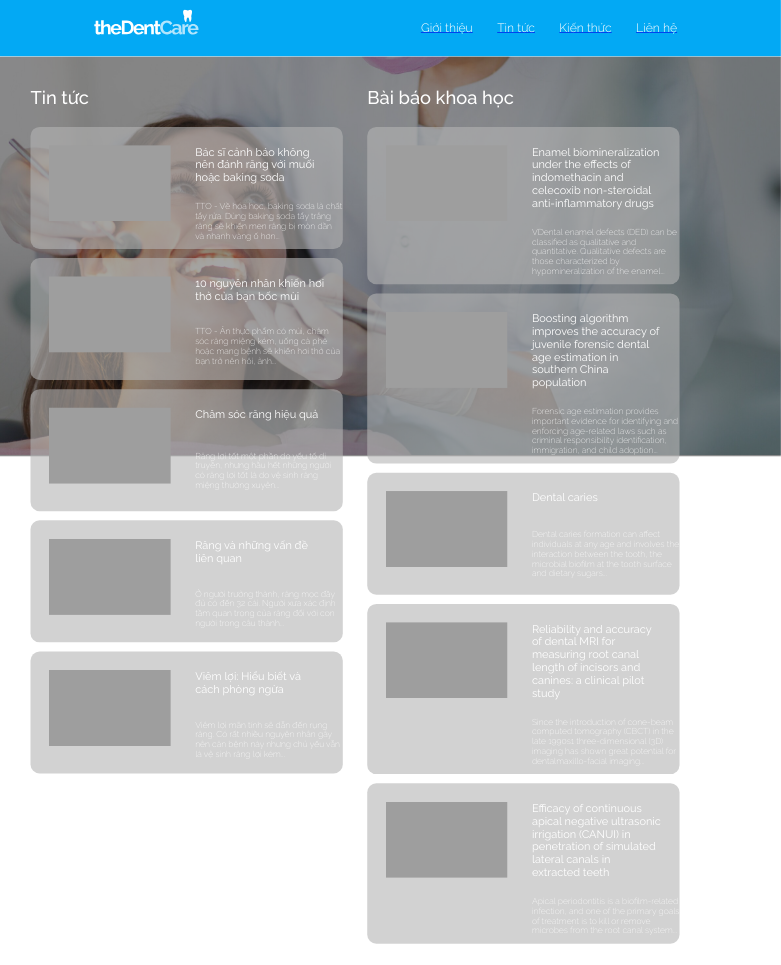
Repository: vantoan19/theDentCare
Page: /news (app in theDentalCare/the-dental-care/)
These files come from the project's save history. The page is drawn as it stood at one moment and after the next save; the edit follows.
The browser window is 1280 px wide. The pictures show the whole page, at 61% of full size.
Pictures or frames that could not be fetched are drawn as grey boxes. The project was rebuilt for these pictures with package versions that can differ from the ones it lists, and the page was loaded fresh each time. The framework's server and built-in components were replaced by stand-ins that run in the browser.

Above is the page before, as saved 2022-09-24 17:58:45.

After the next save:
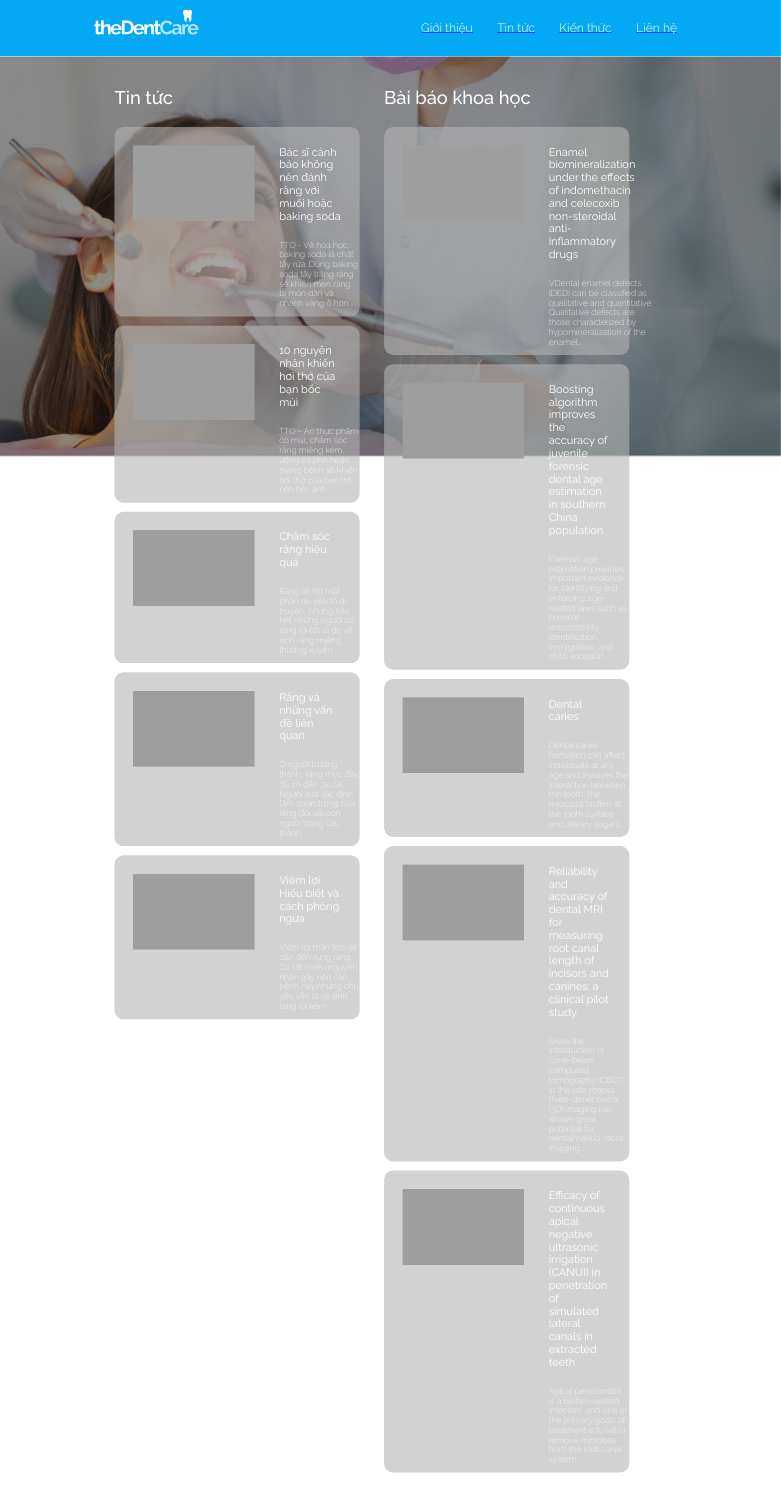
Saved 46 s later.
--- a/theDentalCare/the-dental-care/pages/news/index.js
+++ b/theDentalCare/the-dental-care/pages/news/index.js
@@ -54,7 +54,8 @@
   position: absolute;
   display: flex;
   top: 0;
-  left: 0;
+  left: 50%;
+  transform: translateX(-50%);
   z-index: 2;
 `;
 

After the save that followed:
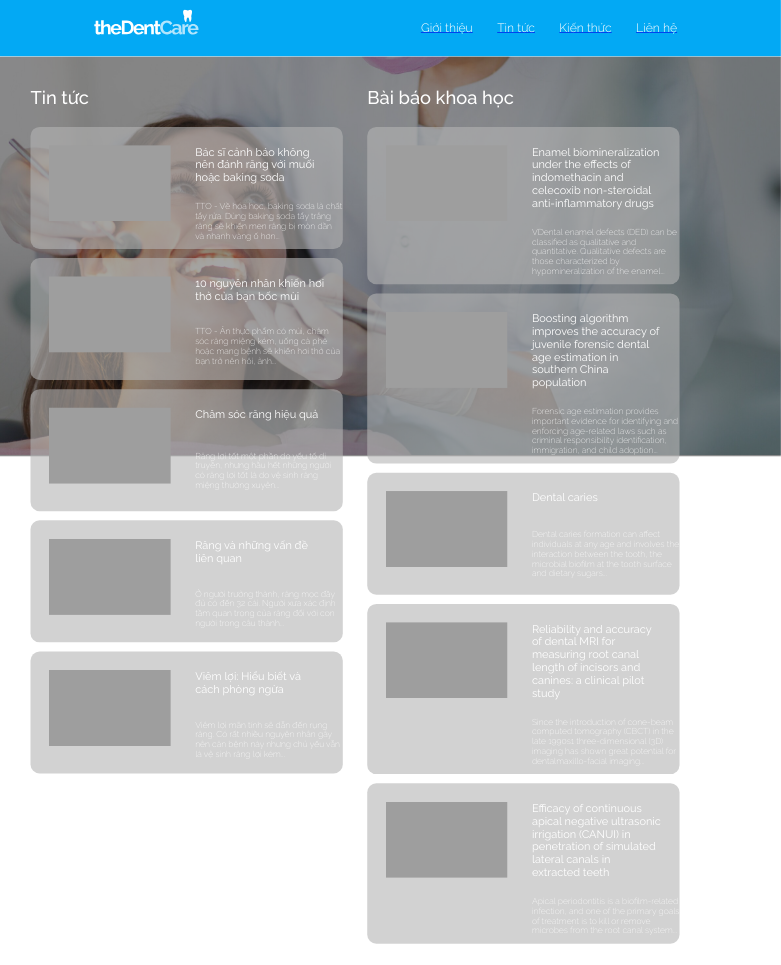
Saved 26 s later.
--- a/theDentalCare/the-dental-care/pages/news/index.js
+++ b/theDentalCare/the-dental-care/pages/news/index.js
@@ -54,8 +54,7 @@
   position: absolute;
   display: flex;
   top: 0;
-  left: 50%;
-  transform: translateX(-50%);
+  left: 0;
   z-index: 2;
 `;
 
